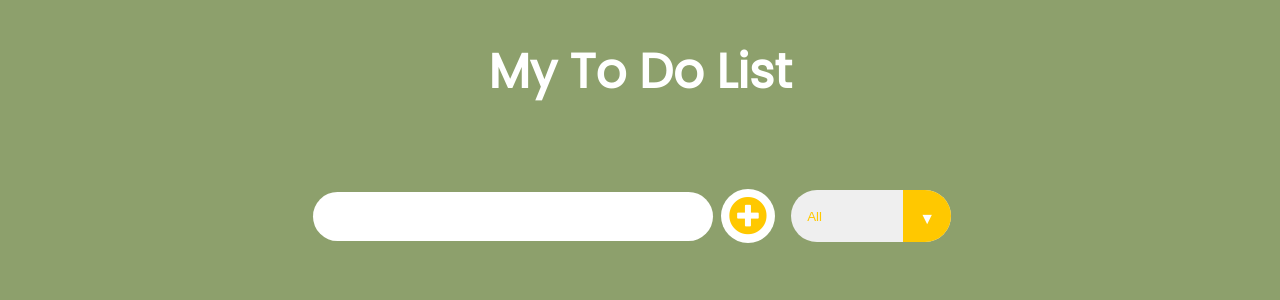
Repository: batonAnton/todo_list_local_storage
Page: index.html
The author's editor kept a copy of each file at every save. The page is drawn from the files as they stood at one save, then again after the next save.
The browser window is 1280 px wide. The pictures show the whole page.

Above is the page before, as saved 2023-01-29 21:20:11.

After the next save:
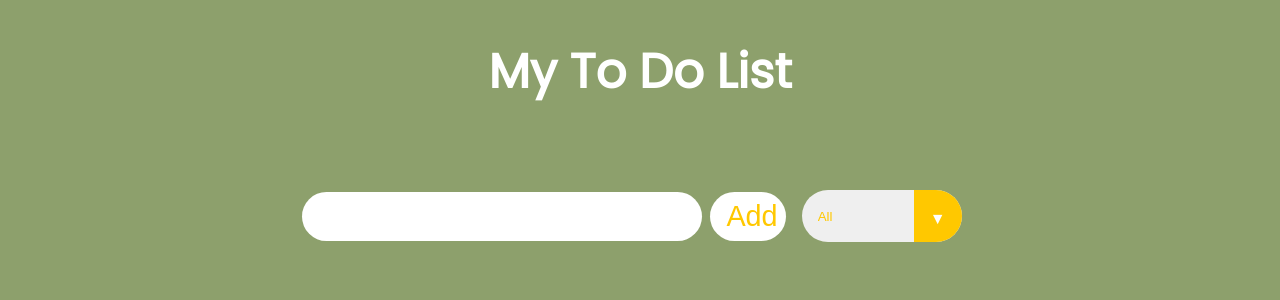
Saved 6 min 17 s later.
--- a/index.html
+++ b/index.html
@@ -21,7 +21,8 @@
     <form action="">
         <input type="text" class="todo-input">
         <button class="todo-button" type="submit">
-            <i class="fas fa-plus-circle fa-lg"></i>
+            <!-- <i class="fas fa-plus-circle fa-lg"></i> -->
+            Add
         </button>
         <div class="select">
             <select name="todos" class="filter-todo">
